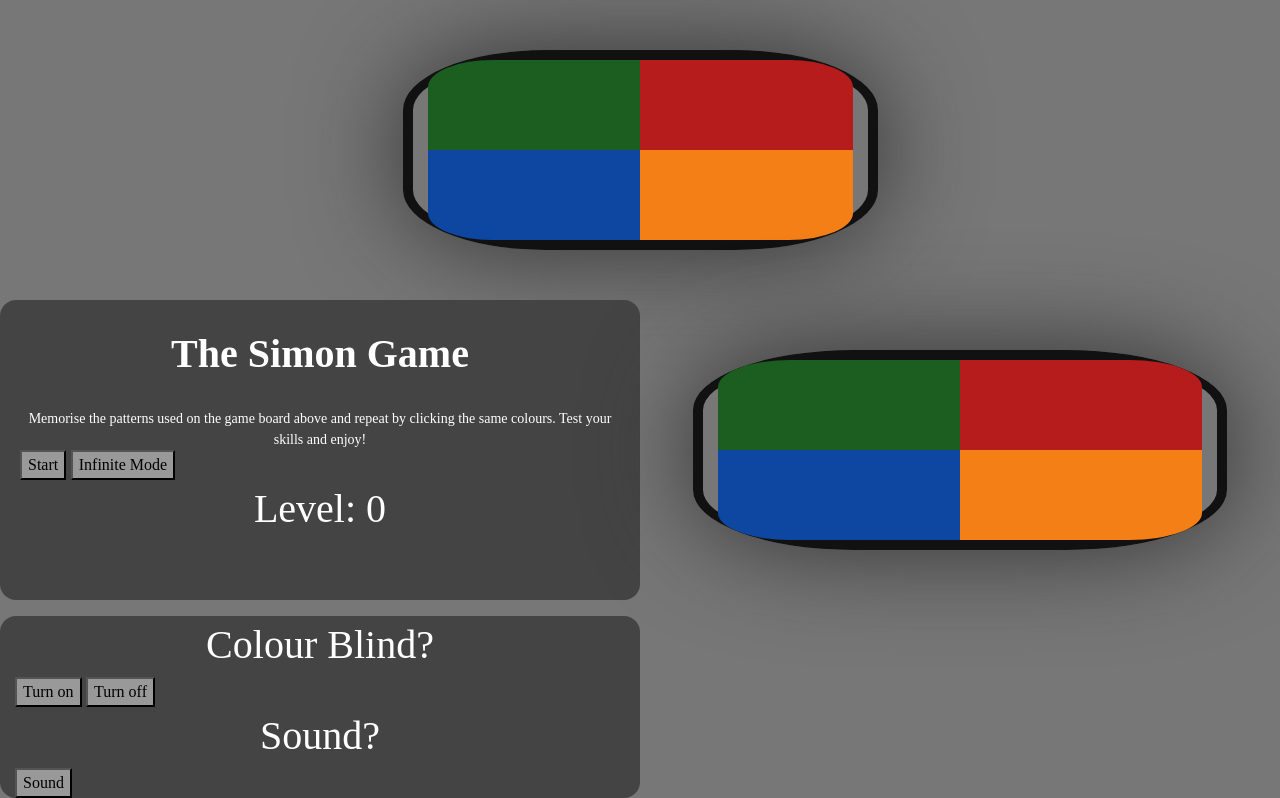
Repository: Didgerydont/interative_front_end_design_project
Page: indexTest.html
The author's editor kept a record of every edit. The page is drawn from the files as they stood at one moment, then again after the next edit.
The browser window is 1280 px wide. The pictures show the whole page.
After loading, the first visible `button.startButton` was clicked once.
Some web fonts or font styles are not loaded; a fallback is used. Some web libraries are served in a nearby version.

Above is the page before.

After the next edit:
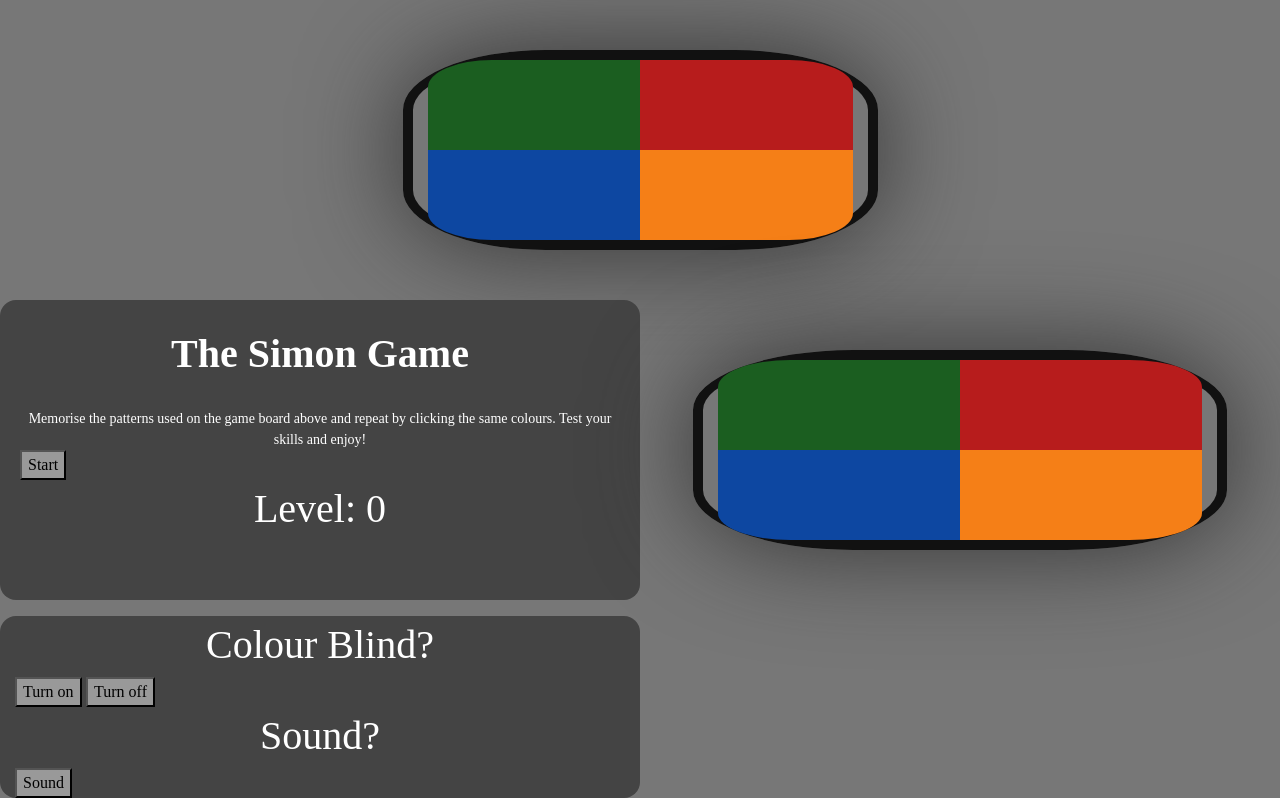
The edit:
--- a/scripts/script.js
+++ b/scripts/script.js
@@ -146,6 +146,9 @@
         });
         $('p').html('Memorise the patterns used on the game board above and repeat by clicking the same colours. Test your skills and enjoy!');
         $('#level').html('Level: 0');
+        if(finish == true){
+            $(".infiniteButton").hide();
+        }
     }
 
     function resetGame() {
